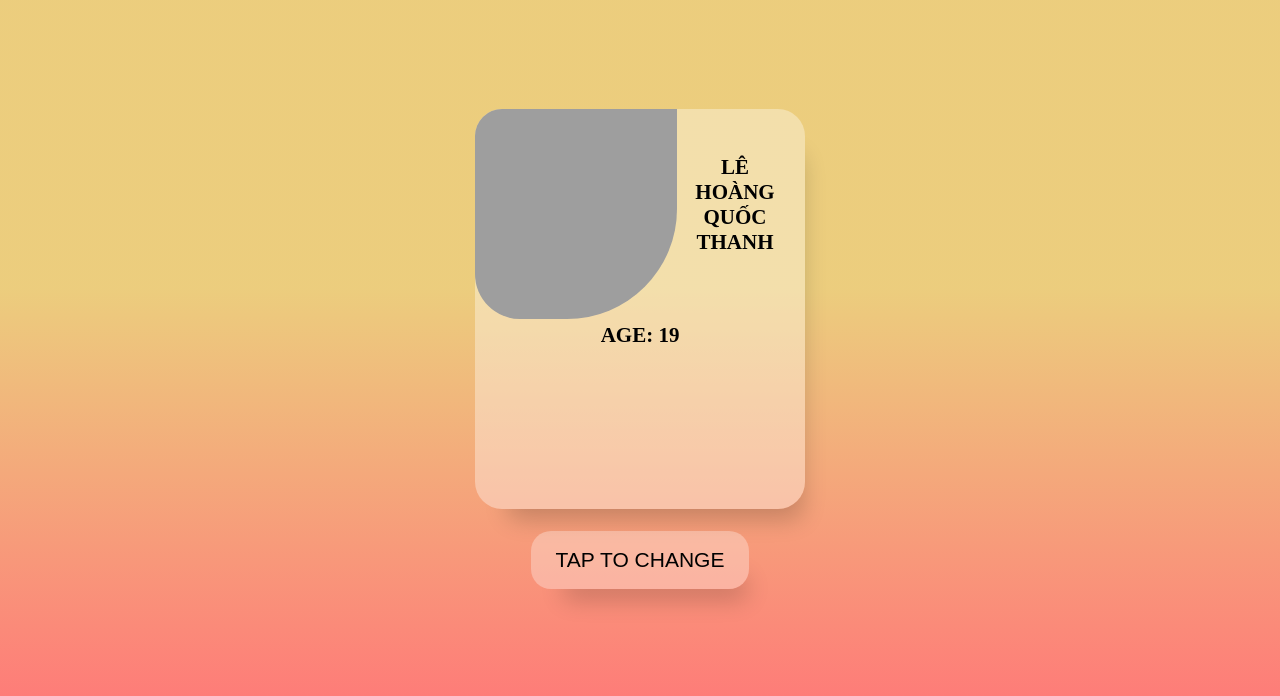
Repository: ThanhThn/profile
Page: index.html
These files come from the project's save history. The page is drawn as it stood at one moment and after the next save; the edit follows.
The browser window is 1280 px wide. The pictures show the whole page.
Pictures or frames that could not be fetched are drawn as grey boxes. Some web fonts or font styles are not loaded; a fallback is used.

Above is the page before, as saved 2022-12-05 20:02:18.

### index.html
<!DOCTYPE html>
<html lang="en">
<head>
    <meta charset="UTF-8">
    <meta http-equiv="X-UA-Compatible" content="IE=edge">
    <meta name="viewport" content="width=device-width, initial-scale=1.0">
    <title>Document</title>
    <link rel="stylesheet" href="style.css">
</head>
<body>
    <div class="container">
        <div class="content">
            <img src="avata.jpg" alt="avatar">
            <span class="name">LÊ hoàng quốc thanh</span>
            <span class="age" ></span>
        </div>
        <button class="btn">tap to change</button>
    </div>

    <script>
        var ages = new Date().getFullYear() - 2003;
        var text = document.getElementsByClassName("age");
        for(let i = 0; i < text.length; i++){
            text[i].innerHTML = `age: ${ages}`;
        }
    </script>
</body>
</html>

### style.css
@import url('https://fonts.googleapis.com/css2?family=Kodchasan:wght@700&family=Lemonada:wght@300;600;700&family=Pacifico&display=swap');
*{
    padding: 0;
    margin: 0;
    box-sizing: border-box;
}

body{
    background:  linear-gradient( to bottom, rgba(223, 172,39,60%) 40%, rgba(255,22,22,58%) 100% );
    width: 100%;
    height: 100vh;
}
.container{
    position: absolute;
    top: 50%;
    left: 50%;
    transform: translate(-50%, -50%);
    display: flex;
    flex-direction: column;
    align-items: center;
}

.content{
    width: 330px;
    height: 400px;
    background: rgba(255, 255, 255, 35%);
    border-radius: 27px;
    box-shadow: rgba(0, 0, 0, .2) 15px 28px 25px -18px;
}

.content img{
    width: 202px;
    height: 210px;
    border-radius: 27px 0 110px 45px;
    object-fit: cover;
    object-position: -32px 0;
}
span{
    width: 104px;
    font-size: 21px;
    text-transform: uppercase;
    font-weight: 700;
    font-family: 'Lemonada', cursive;
}
.content .name{
    position: absolute;
    text-align: center;
    top: 46px;
    left: 208px;
}

.content .age{
    display: block;
    position: absolute;
    width: 100%;
    text-align: center;
}

.btn{
    background: rgba(255, 255, 255, .3);
    width: 218px;
    height: 58px;
    border-radius: 20px;
    border: none;
    margin: 22px;
    font-family: 'Kodchasan', sans-serif;
    font-size: 21px;
    text-transform: uppercase;
    box-shadow: rgba(0, 0, 0, .2) 15px 28px 25px -18px;
    background-position: 0 90%;
    background-repeat: repeat no-repeat;

}

.btn:hover {
    box-shadow: rgba(0, 0, 0, .3) 2px 8px 8px -5px;
    transform: translate3d(0, 2px, 0);
}


.btn:focus {
  box-shadow: rgba(0, 0, 0, .3) 2px 8px 4px -6px;
}

After the next save:
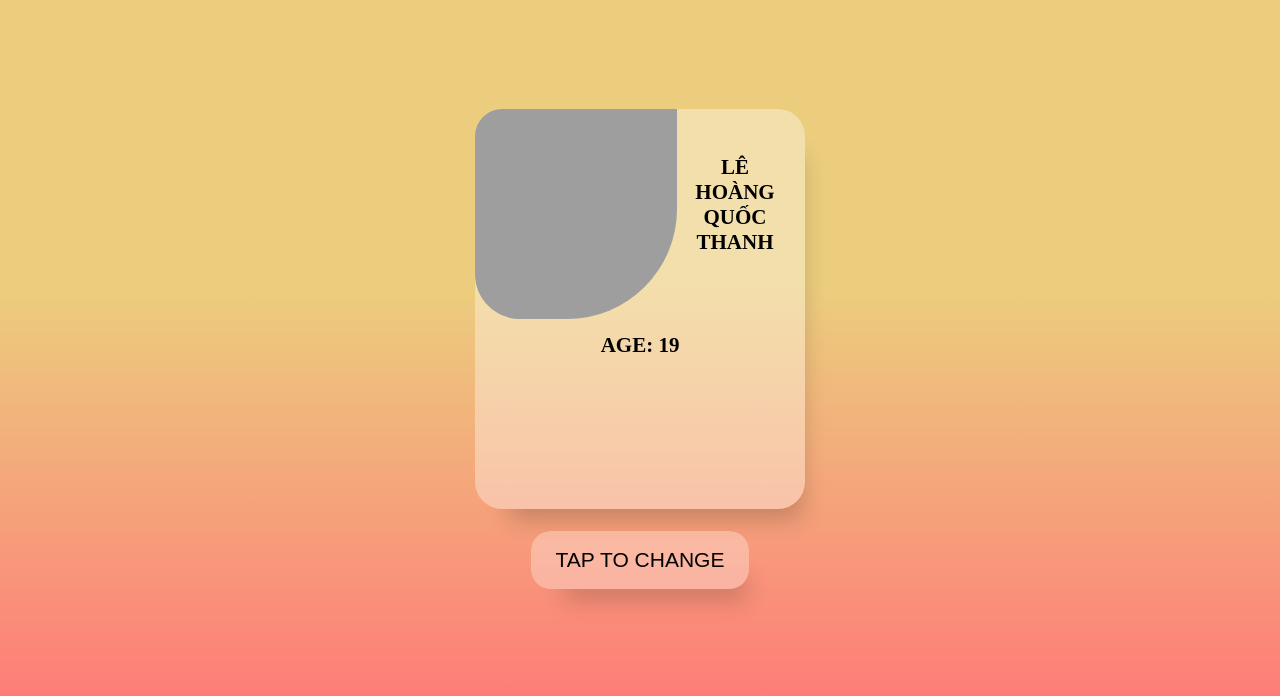
Saved 31 s later.
--- a/style.css
+++ b/style.css
@@ -51,8 +51,9 @@ span{
 
 .content .age{
     display: block;
-    position: absolute;
+    position: relative;
     width: 100%;
+    top: 10px;
     text-align: center;
 }
 
